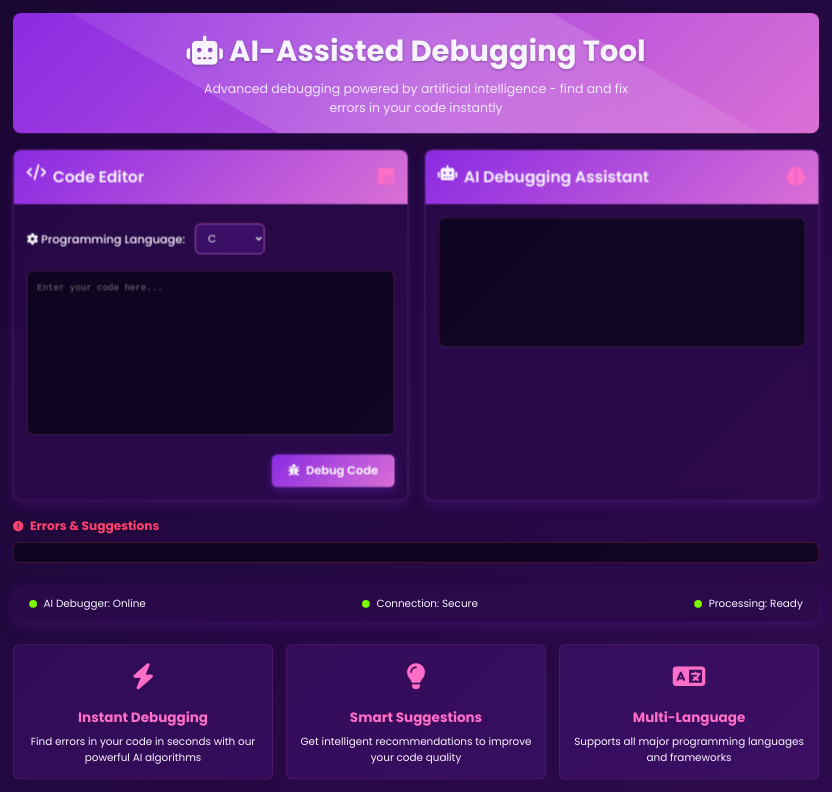
Repository: ujjwalkathait/AI-Asissted_Debugging_tool
Page: Frontend/public/index.html
These files come from the project's save history. The page is drawn as it stood at one moment and after the next save; the edit follows.
The browser window is 1280 px wide. The pictures show the whole page, at 65% of full size.

Above is the page before, as saved 2025-07-13 23:09:55.

### Frontend/public/index.html
<!DOCTYPE html>
<html lang="en">
<head>
    <meta charset="UTF-8">
    <meta name="viewport" content="width=device-width, initial-scale=1.0">
    <title>AI-Assisted Debugging Tool</title>
    <link href="https://fonts.googleapis.com/css2?family=Poppins:wght@300;400;500;600;700&display=swap" rel="stylesheet">
    <link rel="stylesheet" href="https://cdnjs.cloudflare.com/ajax/libs/font-awesome/6.4.0/css/all.min.css">
    <link rel="stylesheet" href="style.css">
</head>
<body>
    <div class="container">
        <header>
            <h1><i class="fas fa-robot"></i> AI-Assisted Debugging Tool</h1>
            <p>Advanced debugging powered by artificial intelligence - find and fix errors in your code instantly</p>
        </header>

        <div class="main-content">
            <div class="panel">
                <div class="panel-header">
                    <div class="panel-title">
                        <i class="fas fa-code floating"></i>
                        <span>Code Editor</span>
                    </div>
                    <div class="language-icon">
                        <i class="fab fa-js"></i>
                    </div>
                </div>
                <div class="panel-body">
                    <div class="editor-container">
                        <div class="language-selector">
                            <label for="language-select"><i class="fas fa-cog"></i> Programming Language:</label>
                            <select id="language-select">
                                <option>C</option>
                                <option>C++</option>
                                <option>Python</option>
                                <option>Java</option>
                            </select>
                        </div>
                        <textarea class="code-editor" id="code-input" placeholder="Enter your code here..."></textarea>
                        <button class="debug-btn" id="debug-button">
                            <i class="fas fa-bug"></i> Debug Code
                        </button>
                    </div>
                </div>
            </div>

            <div class="panel">
                <div class="panel-header">
                    <div class="panel-title">
                        <i class="fas fa-robot floating"></i>
                        <span>AI Debugging Assistant</span>
                    </div>
                    <div class="language-icon">
                        <i class="fas fa-brain"></i>
                    </div>
                </div>
                <div class="panel-body">
                    <div class="output-container">
                        <div class="ai-output" id="debug-output"></div>

                    </div>
                </div>
            </div>
        </div>
        <div class="error-container">
            <div class="error-header">
                <i class="fas fa-exclamation-circle"></i>
                <h3>Errors & Suggestions</h3>
            </div>
            <div class="error-box" id="error-output"></div>
        </div>

        <div class="status-bar">
            <div class="status-item">
                <div class="status-indicator"></div>
                <span>AI Debugger: Online</span>
            </div>
            <div class="status-item">
                <div class="status-indicator"></div>
                <span>Connection: Secure</span>
            </div>
            <div class="status-item">
                <div class="status-indicator"></div>
                <span>Processing: Ready</span>
            </div>
        </div>

        <div class="feature-grid">
            <div class="feature-card">
                <div class="feature-icon">
                    <i class="fas fa-bolt"></i>
                </div>
                <h3>Instant Debugging</h3>
                <p>Find errors in your code in seconds with our powerful AI algorithms</p>
            </div>
            <div class="feature-card">
                <div class="feature-icon">
                    <i class="fas fa-lightbulb"></i>
                </div>
                <h3>Smart Suggestions</h3>
                <p>Get intelligent recommendations to improve your code quality</p>
            </div>
            <div class="feature-card">
                <div class="feature-icon">
                    <i class="fas fa-language"></i>
                </div>
                <h3>Multi-Language</h3>
                <p>Supports all major programming languages and frameworks</p>
            </div>
        </div>
    </div>

    <script src="script.js"></script>
</body>
</html>

### Frontend/public/style.css
:root {
    --primary: #8A2BE2;
    --secondary: #DA70D6;
    --accent: #FF6EC7;
    --dark: #2D0A4D;
    --light: #F8F4FF;
    --text: #4A2A7C;
    --success: #7CFC00;
    --error: #FF416C;
    --border-radius: 12px;
    --transition: all 0.3s ease;
    --box-shadow: 0 8px 20px rgba(138, 43, 226, 0.2);
    --gradient: linear-gradient(135deg, var(--primary), var(--secondary));
}

* {
    margin: 0;
    padding: 0;
    box-sizing: border-box;
    font-family: 'Poppins', sans-serif;
}

body {
    background: linear-gradient(135deg, #1a0633, #2d0a4d);
    color: var(--light);
    min-height: 100vh;
    padding: 20px;
    display: flex;
    justify-content: center;
    align-items: center;
}

.container {
    width: 100%;
    max-width: 1600px;
    display: flex;
    flex-direction: column;
    gap: 25px;
}

header {
    text-align: center;
    padding: 25px;
    background: var(--gradient);
    border-radius: var(--border-radius);
    box-shadow: var(--box-shadow);
    animation: pulse 3s infinite;
    position: relative;
    overflow: hidden;
}

header::before {
    content: "";
    position: absolute;
    top: -50%;
    left: -50%;
    width: 200%;
    height: 200%;
    background: radial-gradient(circle, rgba(255,255,255,0.2) 0%, rgba(255,255,255,0) 70%);
    transform: rotate(30deg);
}

header h1 {
    font-size: 2.8rem;
    font-weight: 700;
    margin-bottom: 10px;
    text-shadow: 0 2px 4px rgba(0,0,0,0.3);
    position: relative;
}

header p {
    font-size: 1.2rem;
    opacity: 0.9;
    max-width: 700px;
    margin: 0 auto;
    position: relative;
}

.main-content {
    display: flex;
    gap: 25px;
    height: 75vh;
}

.panel {
    background: rgba(45, 10, 77, 0.7);
    backdrop-filter: blur(10px);
    border-radius: var(--border-radius);
    box-shadow: var(--box-shadow);
    overflow: hidden;
    display: flex;
    flex-direction: column;
    border: 1px solid rgba(218, 112, 214, 0.3);
    flex: 1;
}

.panel-header {
    padding: 20px;
    background: var(--gradient);
    display: flex;
    justify-content: space-between;
    align-items: center;
}

.panel-title {
    font-size: 1.5rem;
    font-weight: 600;
    display: flex;
    align-items: center;
    gap: 10px;
}

.panel-body {
    padding: 20px;
    flex: 1;
    display: flex;
    flex-direction: column;
    overflow: hidden;
}

.editor-container {
    flex: 1;
    display: flex;
    flex-direction: column;
    gap: 15px;
}

.language-selector {
    display: flex;
    align-items: center;
    gap: 15px;
    padding: 10px 0;
}

.language-selector label {
    font-size: 1.1rem;
    font-weight: 500;
}

select {
    padding: 10px 15px;
    background: rgba(138, 43, 226, 0.2);
    border: 1px solid var(--secondary);
    border-radius: 8px;
    color: white;
    font-size: 1rem;
    cursor: pointer;
    transition: var(--transition);
    outline: none;
}

select:focus {
    box-shadow: 0 0 0 3px rgba(218, 112, 214, 0.4);
}

.code-editor {
    flex: 1;
    background: rgba(10, 5, 25, 0.8);
    border-radius: 10px;
    border: 1px solid rgba(218, 112, 214, 0.3);
    padding: 15px;
    font-family: 'Courier New', monospace;
    font-size: 14px;
    color: #E6D4FF;
    line-height: 1.5;
    resize: none;
    transition: var(--transition);
}

.code-editor:focus {
    border-color: var(--accent);
    box-shadow: 0 0 0 3px rgba(255, 110, 199, 0.2);
}

.debug-btn {
    padding: 12px 25px;
    background: var(--gradient);
    color: white;
    border: none;
    border-radius: 8px;
    font-size: 1.1rem;
    font-weight: 600;
    cursor: pointer;
    transition: var(--transition);
    display: flex;
    align-items: center;
    justify-content: center;
    gap: 10px;
    margin-top: 15px;
    align-self: flex-end;
    box-shadow: 0 4px 15px rgba(138, 43, 226, 0.4);
}

.debug-btn:hover {
    transform: translateY(-3px);
    box-shadow: 0 6px 20px rgba(138, 43, 226, 0.6);
}

.debug-btn:active {
    transform: translateY(1px);
}

.output-container {
    flex: 1;
    display: flex;
    flex-direction: column;
    gap: 15px;
    overflow: hidden;
}

.ai-output {
    background: rgba(10, 5, 25, 0.8);
    border-radius: 10px;
    border: 1px solid rgba(218, 112, 214, 0.3);
    padding: 15px;
    font-family: 'Courier New', monospace;
    font-size: 14px;
    color: #E6D4FF;
    line-height: 1.5;
    overflow-y: auto;
    height: 200px;
}

.error-container {
    display: flex;
    flex-direction: column;
    gap: 10px;
    height: 100%;
}

.error-header {
    display: flex;
    align-items: center;
    gap: 10px;
    color: var(--error);
}

.error-box {
    background: rgba(10, 5, 25, 0.8);
    border-radius: 10px;
    border: 1px solid rgba(255, 65, 108, 0.3);
    padding: 15px;
    font-family: 'Courier New', monospace;
    font-size: 14px;
    color: #FFA8BA;
    line-height: 1.5;
    overflow-y: auto;
    height: 100%;
}
.error-box pre{
    margin: 0;
    white-space: pre-wrap;
    word-break: break-word;

}
.status-bar {
    display: flex;
    justify-content: space-between;
    padding: 15px 25px;
    background: rgba(45, 10, 77, 0.7);
    border-radius: var(--border-radius);
    box-shadow: var(--box-shadow);
    margin-top: 10px;
}

.status-item {
    display: flex;
    align-items: center;
    gap: 10px;
}

.status-indicator {
    width: 12px;
    height: 12px;
    border-radius: 50%;
    background: var(--success);
}

.status-indicator.error {
    background: var(--error);
}

.language-icon {
    font-size: 1.8rem;
    color: var(--accent);
}

.feature-grid {
    display: grid;
    grid-template-columns: repeat(3, 1fr);
    gap: 20px;
    margin-top: 10px;
}

.feature-card {
    background: rgba(138, 43, 226, 0.15);
    border-radius: 10px;
    padding: 20px;
    text-align: center;
    transition: var(--transition);
    border: 1px solid rgba(218, 112, 214, 0.2);
}

.feature-card:hover {
    transform: translateY(-5px);
    background: rgba(138, 43, 226, 0.25);
    box-shadow: 0 8px 20px rgba(138, 43, 226, 0.3);
}

.feature-icon {
    font-size: 2.5rem;
    color: var(--accent);
    margin-bottom: 15px;
}

.feature-card h3 {
    font-size: 1.3rem;
    margin-bottom: 10px;
    color: var(--accent);
}

/* Animations */
@keyframes pulse {
    0% { box-shadow: 0 0 0 0 rgba(138, 43, 226, 0.6); }
    70% { box-shadow: 0 0 0 15px rgba(138, 43, 226, 0); }
    100% { box-shadow: 0 0 0 0 rgba(138, 43, 226, 0); }
}

@keyframes float {
    0% { transform: translateY(0px); }
    50% { transform: translateY(-10px); }
    100% { transform: translateY(0px); }
}

.floating {
    animation: float 3s ease-in-out infinite;
}

/* Scrollbar styling */
::-webkit-scrollbar {
    width: 8px;
}

::-webkit-scrollbar-track {
    background: rgba(45, 10, 77, 0.3);
    border-radius: 4px;
}

::-webkit-scrollbar-thumb {
    background: var(--secondary);
    border-radius: 4px;
}

::-webkit-scrollbar-thumb:hover {
    background: var(--accent);
}

/* Responsive design */
@media (max-width: 1200px) {
    .main-content {
        flex-direction: column;
        height: auto;
    }

    .feature-grid {
        grid-template-columns: repeat(2, 1fr);
    }
}

@media (max-width: 768px) {
    .feature-grid {
        grid-template-columns: 1fr;
    }

    header h1 {
        font-size: 2.2rem;
    }

    .panel-header {
        padding: 15px;
    }
}

### Frontend/public/script.js
// document.addEventListener('DOMContentLoaded', function () {
//     const debugBtn = document.getElementById('debug-button');
//     const codeInput = document.getElementById('code-input');
//     const debugOutput = document.getElementById('debug-output');
//     const errorOutput = document.getElementById('error-output');
//     const languageSelect = document.getElementById('language-select');
//     const languageIcon = document.querySelector('.language-icon i');

//     // Language icons mapping
//     const languageIcons = {
//         'JavaScript': 'fab fa-js',
//         'Python': 'fab fa-python',
//         'Java': 'fab fa-java',
//         'C++': 'fas fa-c++',
//         'C': 'fas fa-c',
//         'TypeScript': 'fas fa-code',
//         'PHP': 'fab fa-php',
//         'Ruby': 'fas fa-gem'
//     };

//     // Update language icon when selection changes
//     languageSelect.addEventListener('change', function () {
//         const lang = this.value;
//         languageIcon.className = languageIcons[lang] || 'fas fa-code';
//     });

//     // Debug button functionality
//     debugBtn.addEventListener('click', async function () {
//         const code = codeInput.value.trim();
//         const language = languageSelect.value;

//         if (!code) {
//             errorOutput.innerHTML = `<pre style="color:orange;">⚠️ Please enter some code before debugging.</pre>`;
//             return;
//         }

//         // UI feedback
//         debugBtn.innerHTML = '<i class="fas fa-spinner fa-spin"></i> Debugging...';
//         debugBtn.disabled = true;
//         debugOutput.textContent = '';
//         errorOutput.innerHTML = '';

//         try {
//             const response = await fetch("http://localhost:3000/debug", {
//                 method: "POST",
//                 headers: {
//                     "Content-Type": "application/json"
//                 },
//                 body: JSON.stringify({ code, language })
//             });

//             if (!response.ok) {
//                 throw new Error("Server error while debugging.");
//             }

//             const result = await response.json();

//             // Show corrected code
//             // debugOutput.textContent = result.fixedCode || "// No corrections found.";
//             debugOutput.innerHTML = `<pre>${result.fixedCode || "// No corrections found."}</pre>`;


//             // Show errors or success
//             if (result.errors) {
//                 errorOutput.innerHTML = `<pre style="color:red;">${result.errors}</pre>`;
//             } else {
//                 errorOutput.innerHTML = `<pre style="color:lightgreen;">✅ No syntax errors detected.</pre>`;
//             }

//         } catch (err) {
//             errorOutput.innerHTML = `<pre style="color:red;">⚠️ Error: ${err.message}</pre>`;
//         } finally {
//             // Reset button state
//             debugBtn.innerHTML = '<i class="fas fa-bug"></i> Debug Code';
//             debugBtn.disabled = false;
//             debugBtn.style.background = 'linear-gradient(135deg, #00c853, #7cfc00)';
//             setTimeout(() => {
//                 debugBtn.style.background = 'var(--gradient)';
//             }, 2000);
//         }
//     });

//     // Add example code on first click (optional)
//     codeInput.addEventListener('click', function () {
//         if (this.value === '') {
//             this.value = '';
//         }
//     });
// });

document.addEventListener('DOMContentLoaded', function () {
    const debugBtn = document.getElementById('debug-button');
    const codeInput = document.getElementById('code-input');
    const debugOutput = document.getElementById('debug-output');
    const errorOutput = document.getElementById('error-output');
    const languageSelect = document.getElementById('language-select');
    const languageIcon = document.querySelector('.language-icon i');

    const languageIcons = {
        'JavaScript': 'fab fa-js',
        'Python': 'fab fa-python',
        'Java': 'fab fa-java',
        'C++': 'fas fa-c++',
        'C': 'fas fa-c',
        'TypeScript': 'fas fa-code',
        'PHP': 'fab fa-php',
        'Ruby': 'fas fa-gem'
    };

    languageSelect.addEventListener('change', function () {
        const lang = this.value;
        languageIcon.className = languageIcons[lang] || 'fas fa-code';
    });

    debugBtn.addEventListener('click', async function () {
        const code = codeInput.value.trim();
        const language = languageSelect.value;

        if (!code) {
            errorOutput.innerHTML = `<pre style="color:orange;">⚠️ Please enter some code before debugging.</pre>`;
            return;
        }

        debugBtn.innerHTML = '<i class="fas fa-spinner fa-spin"></i> Debugging...';
        debugBtn.disabled = true;
        debugOutput.textContent = '';
        errorOutput.innerHTML = '';

        try {
            const response = await fetch("http://localhost:3000/debug", {
                method: "POST",
                headers: {
                    "Content-Type": "application/json"
                },
                body: JSON.stringify({ code, language })
            });

            if (!response.ok) {
                throw new Error("Server error while debugging.");
            }

            const result = await response.json();

            debugOutput.innerHTML = `<pre>${result.fixedCode || "// No corrections found."}</pre>`;

            if (result.errors) {
                errorOutput.innerHTML = `<pre style="color:red;">${result.errors}</pre>`;
            } else {
                errorOutput.innerHTML = `<pre style="color:lightgreen;">✅ No syntax errors detected.</pre>`;
            }

            if (result.explanation) {
                errorOutput.innerHTML += `<br><pre style="color:deepskyblue;">💡 Gemini says: ${result.explanation}</pre>`;
            }

        } catch (err) {
            errorOutput.innerHTML = `<pre style="color:red;">⚠️ Error: ${err.message}</pre>`;
        } finally {
            debugBtn.innerHTML = '<i class="fas fa-bug"></i> Debug Code';
            debugBtn.disabled = false;
            debugBtn.style.background = 'linear-gradient(135deg, #00c853, #7cfc00)';
            setTimeout(() => {
                debugBtn.style.background = 'var(--gradient)';
            }, 2000);
        }
    });

    codeInput.addEventListener('click', function () {
        if (this.value === '') {
            this.value = '';
        }
    });
});

After the next save:
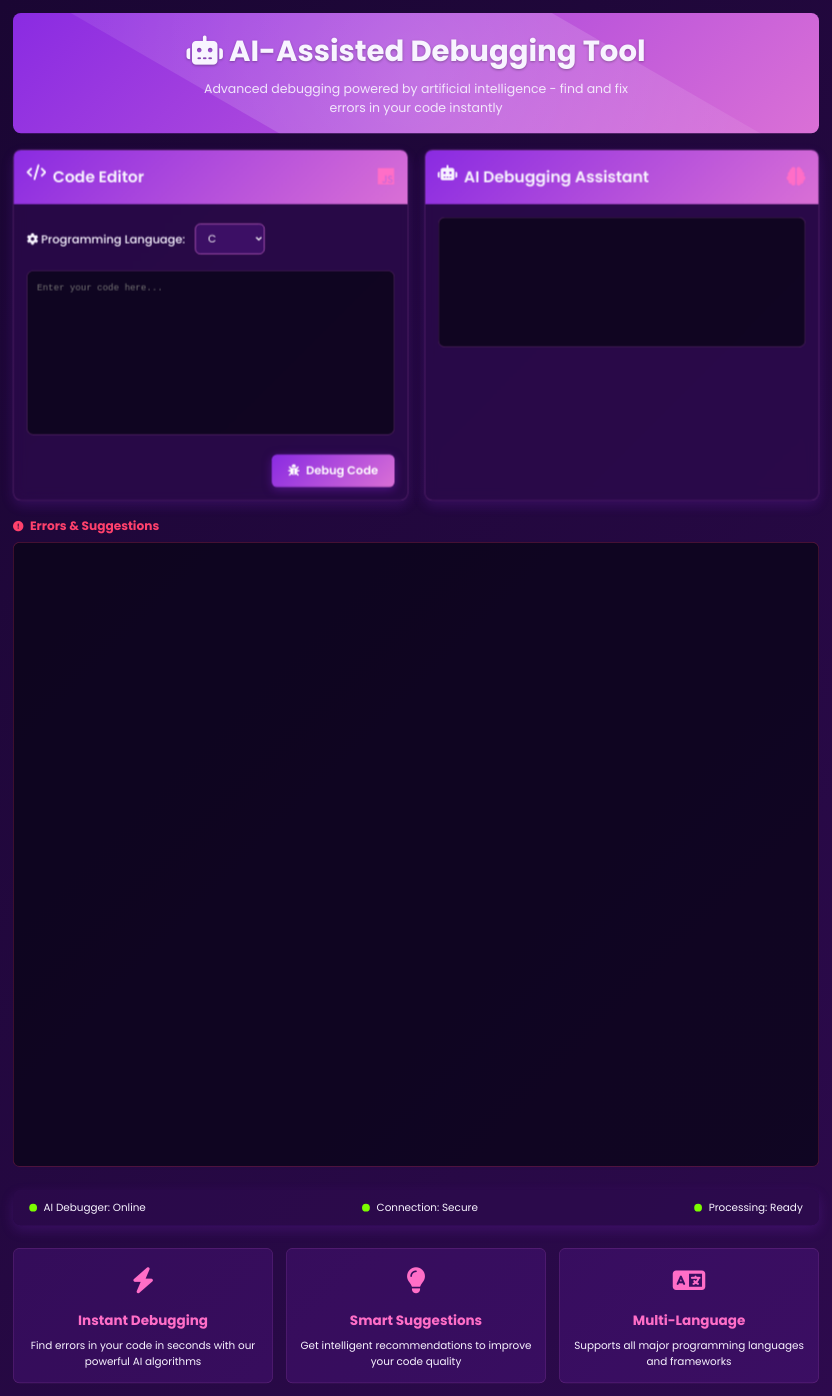
Saved 18 s later.
--- a/Frontend/public/style.css
+++ b/Frontend/public/style.css
@@ -225,7 +225,7 @@ select:focus {
     display: flex;
     flex-direction: column;
     gap: 10px;
-    height: 100%;
+    height: 1000px;
 }
 
 .error-header {
